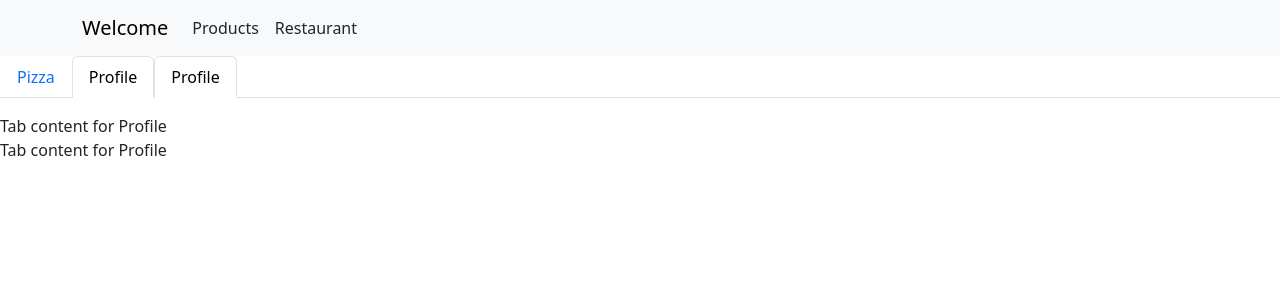
Repository: HadelAbdellatif/ReactApp2
Page: /restaurant
These files come from the project's save history. The page is drawn as it stood at one moment and after a run of saves; the edit follows.
The browser window is 1280 px wide. The pictures show the whole page.
The project was rebuilt for these pictures with package versions that can differ from the ones it lists, and the page was loaded fresh each time. Also part of the build but not shown: vite.config.js, src/components/products/Products.jsx, src/App.css, src/index.css.

Above is the page before, as saved 2023-11-03 21:37:20.

After the next 2 saves:
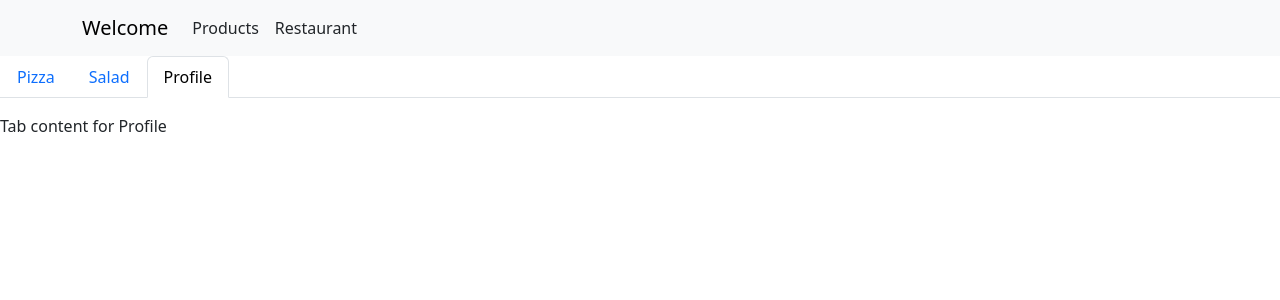
The 2 saves are shown as one change because they came seconds apart.
The last was saved 9 s later.
--- a/src/components/restaurant/Restaurant.jsx
+++ b/src/components/restaurant/Restaurant.jsx
@@ -11,7 +11,7 @@ function UncontrolledExample() {
       <Tab eventKey="Pizza" title="Pizza">
         Tab content for Pizza
       </Tab>
-      <Tab eventKey="profile" title="Profile">
+      <Tab eventKey="Salad" title="Salad">
         Tab content for Profile
       </Tab>
       <Tab eventKey="profile" title="Profile">
